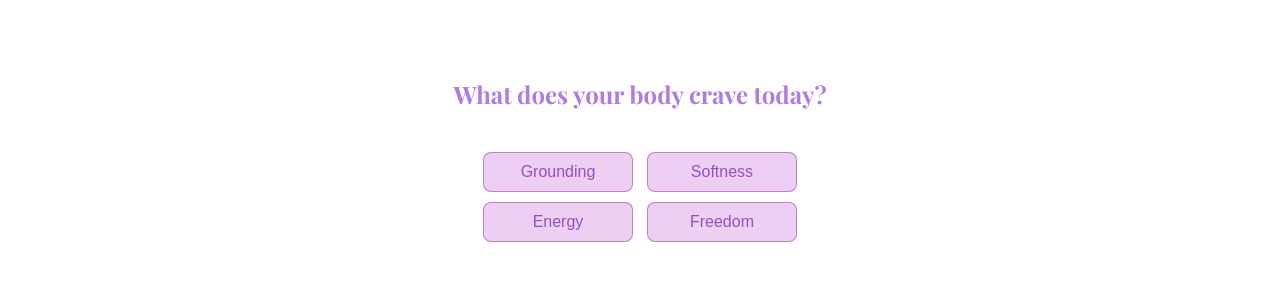
Repository: karim0829/Bella-Oter-Project
Page: index.html
The author's editor kept a copy of each file at every save. The page is drawn from the files as they stood at one save, then again after the next save.
The browser window is 1280 px wide. The pictures show the whole page.
Some web fonts or font styles are not loaded; a fallback is used.

Above is the page before, as saved 2025-06-30 21:00:07.
Console error: TypeError: Cannot read properties of null (reading 'addEventListener')

### index.html
  <!--
   Name: Karim Mohamed
   Project: Bella Oter
   Date: 6.30.25
   Start Time: 7PM EST

  -->

<!DOCTYPE html>
<html lang="en">
<head>
    <meta charset="UTF-8">
    <meta name="viewport" content="width=device-width, initial-scale=1.0">
    <title>Bella Oter</title>
    <!--Google font-->
    <link rel="preconnect" href="https://fonts.googleapis.com">
    <link rel="preconnect" href="https://fonts.gstatic.com" crossorigin>
    <link href="https://fonts.googleapis.com/css2?family=Leckerli+One&family=Playfair+Display:ital,wght@0,400..900;1,400..900&display=swap" rel="stylesheet">
    <link rel="stylesheet" href = "style.css">
    <script src = 'script.js'></script>
</head>
<body>
    <div class = 'flex'>
    <br>
    <br>


    <header>
        <!--Header with buttons-->
    <form>
         <br>
         <br>
        <label><h1>What does your body crave today?</h1></label><br>
        <button type = 'submit' id = 'grounding' name='grounding'>Grounding</button>
        <button type = 'submit' id = 'softness' name='softness'>Softness</button><br>
        <button type = 'submit' id = 'energy' name='energy'>Energy</button>
        <button type = 'submit' id = 'freedom' name='freedom'>Freedom</button>
    </form>
    <br>
    </header>
    <!--Content-->
<section>
    <br>
    <div class="wrap">
    <h1>The Rooted One</h1>
    <button type = 'button'>TENCEL Soft</button><br><br>

    <h2>Embrace Bodysuit</h2>
    <p><em>Offers stability and comfort</em></p>

    </div>

       <div class="wrap">
    <h1>The Unbound</h1>
    <button type = 'button'>Cooling Mesh</button><br><br>
    <button class="block" type = 'submit'></button>
    <h2>Brushed Cotton Veil</h2>
    <p><em>Drapes you in weightless softness for calm, quiet days.</em></p>

    </div>

       <div class="wrap">
    <h1>The Sparked</h1>
    <button type = 'button'>Active Mesh Blend</button><br><br>

    <button class="block" type = 'submit'></button>
    <h2>Ignite Leggings</h2>
    <p><em>Designed to move with power, precision, and pulse.</em></p>

    </div>

       <div class="wrap">
    <h1>The Aligned Mind</h1>
    <button type = 'button'>Cooling Mesh</button><br><br>

    <button class="block" type = 'submit'></button>
    <h2>Focus Bralette</h2>
    <p><em>Crafted to support clarity, presence, and breath.</em></p>

    </div>
</section>
</div>
</body>
</html>

### style.css
body {
    text-align: center;
    font-family:"playfair display";
    padding:0;
    margin:0;
}

form h1 {
    font-size:24px;
    text-align: center;
    color:rgba(125, 37, 207, 0.613);

}

 form button {
    width: 150px;
    height: 40px;
    cursor: pointer;
    border: 1px solid rgba(128, 0, 128, 0.401);;
    border-radius: 8px;
    background-color: #edcff3;
    font-size: 16px;
    margin-top:10px;
    margin:5px;
    transition: all 0.3s ease;
    color:rgba(85, 4, 160, 0.613);
}

 button:hover {
    background-color:rgb(219, 55, 219);

}

#start-over  {
    width: 150px;
    height: 40px;
    cursor: pointer;
    border: 1px solid rgba(128, 0, 128, 0.401);;
    border-radius: 8px;
    background-color: transparent;
    font-size: 16px;
    margin-top:10px;
    margin:5px;
    transition: all 0.3s ease;
    color:rgba(85, 4, 160, 0.613);
}

#start-over:hover {
        background-color:rgb(219, 55, 219);

}



.block {
    width:150px;
    height:120px;
    border:none;

}

.flex {
  display: flex;
  flex-direction: column;
  padding: 20px;
  justify-content: center;
  align-items: center;
}

@media (min-width: 768px) {
  .flex {
    flex-direction: row;
    align-items: flex-start;
  }

  header, section {
    width: 50%;
    text-align: center;
  }
}
 img {
    border-radius:10px;
 }

.wrap {
    color:rgb(165, 80, 174);
    border: 1px solid purple;
    width:250px;
    background-color: rgb(233, 223, 243);
    text-align: center;
}

### script.js
document.addEventListener('DOMContentLoaded', function () {
  var question = document.querySelector('header form');   // the question + four option buttons
  var section  = document.querySelector('section');       // holds the four product cards
  var cards    = section.querySelectorAll('.wrap');       // each individual card

  section.style.display = 'none';                         // hide cards at first

  function showCard(i) {
    question.style.display = 'none';                      // hide only the question area
    section.style.display  = 'block';                     // reveal the card zone
    for (var j = 0; j < cards.length; j++) {
      cards[j].style.display = (j === i) ? 'block' : 'none';
    }
  }

  var ids = ['grounding', 'softness', 'energy', 'freedom'];
  for (var i = 0; i < ids.length; i++) {
    (function (idx) {
      document.getElementById(ids[idx]).addEventListener('click', function (e) {
        e.preventDefault();
        showCard(idx);                                    // show the matching card
      });
    })(i);
  }

  document.getElementById('start-over').addEventListener('click', function (e) {
    e.preventDefault();
    section.style.display  = 'none';                      // hide cards
    question.style.display = 'block';                     // show question again
  });
});

After the next save:
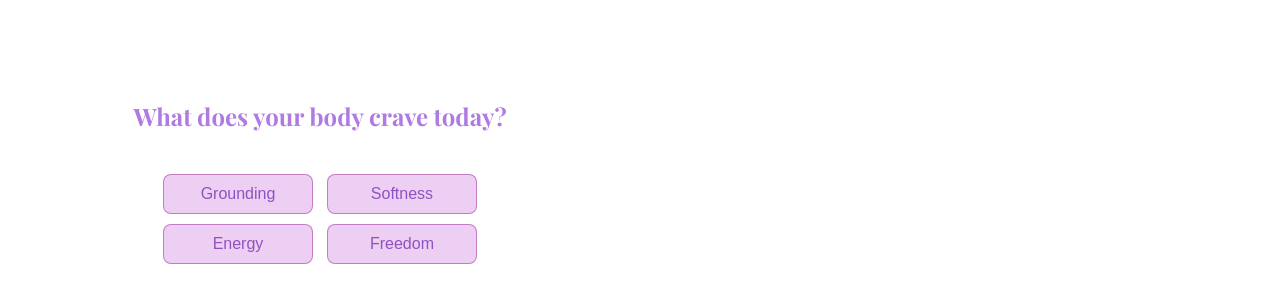
Saved 7 s later.
--- a/style.css
+++ b/style.css
@@ -59,13 +59,7 @@ form h1 {
 
 }
 
-.flex {
-  display: flex;
-  flex-direction: column;
-  padding: 20px;
-  justify-content: center;
-  align-items: center;
-}
+
 
 @media (min-width: 768px) {
   .flex {
